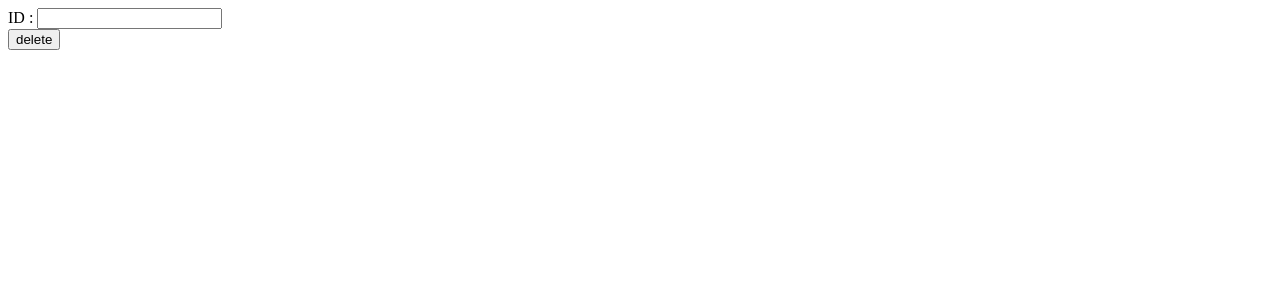
Repository: vsuminv/BigDataBootCamp
Page: http://localhost/step01/index.jsp
An editor plug-in stored every save of this project. The page is shown before and after the next save, followed by the edit.
The browser window is 1280 px wide. The pictures show the whole page.
The page is served by Tomcat 9.

Above is the page before, as saved 2022-05-27 02:19:48.

After the next save:
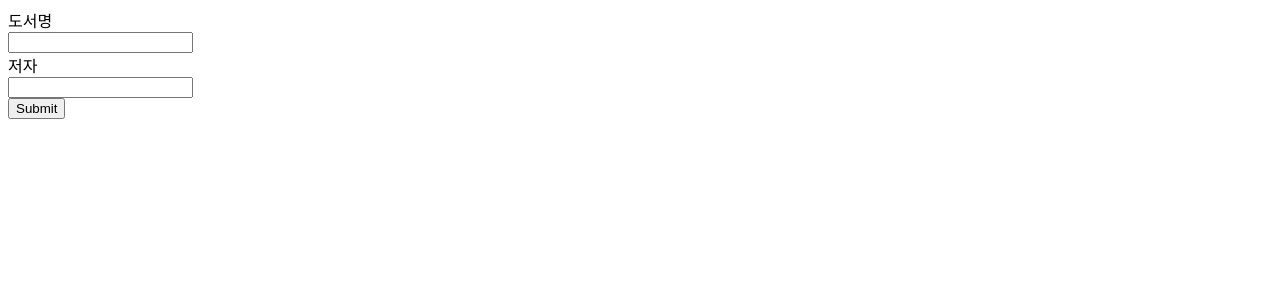
Saved 99 s later.
--- a/02.backend/05.spring/step01/src/main/webapp/index.jsp
+++ b/02.backend/05.spring/step01/src/main/webapp/index.jsp
@@ -1,5 +1,5 @@
 <%@ page language="java" contentType="text/html; charset=UTF-8"
-    pageEncoding="UTF-8"%>
+	pageEncoding="UTF-8"%>
 <!DOCTYPE html>
 <html>
 <head>
@@ -7,10 +7,12 @@
 <title>Insert title here</title>
 </head>
 <body>
-	<form action = "board" name = "join" method = "POST">
-		<input type = "hidden" name = "command" value = "delete"/>
-		ID : <input type="text" id="id" name="id"><br/>
-		<input type = "submit" name = "command" value = "delete"/>
+	<form action="add">
+		<label for="name">도서명</label><br>
+		<input id="name" type="text" name="name"><br>
+		<label for="author">저자</label><br>
+		<input id="author" type="text" name="author"><br>
+		<input type="submit">
 	</form>
 </body>
 </html>
